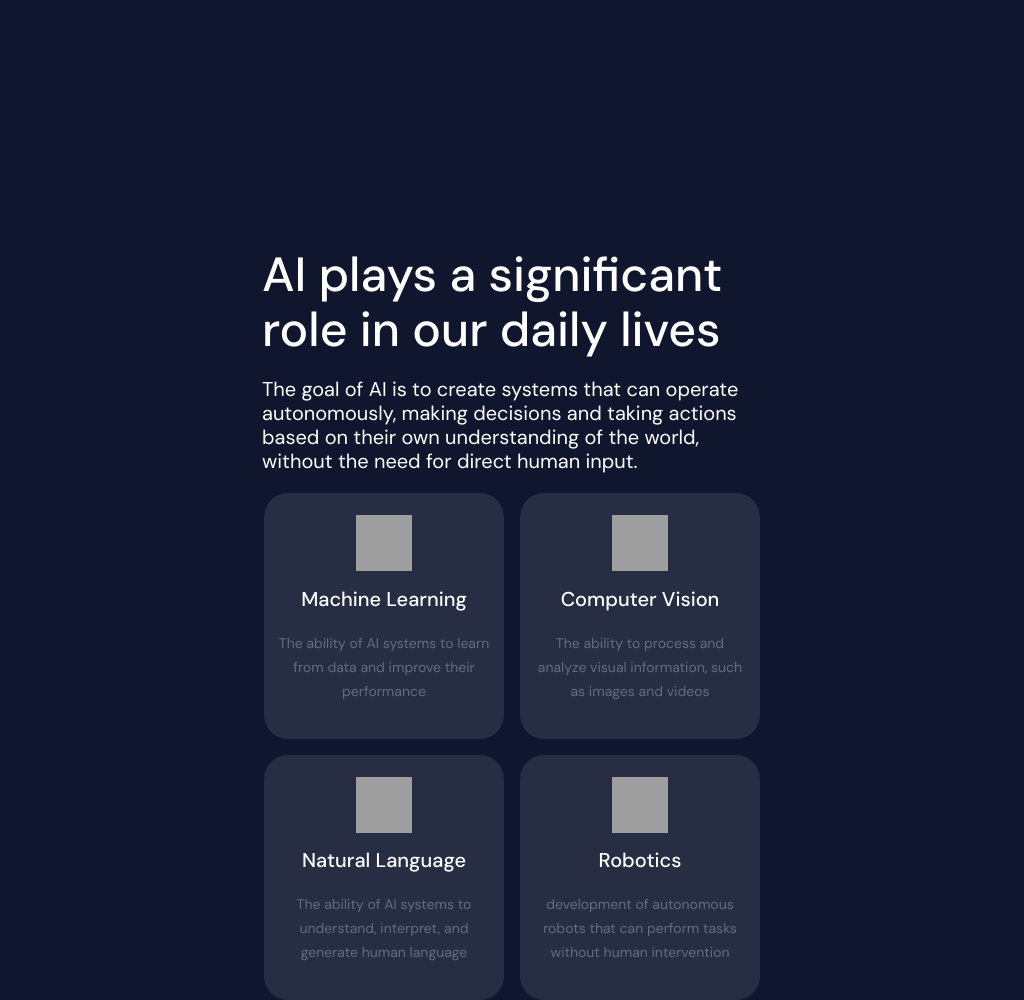
Repository: guli95/four-areas-of-AI-INVO-ACAdemy
Page: /
The author's editor kept a copy of each file at every save. The page is drawn from the files as they stood at one save, then again after the next save.
The browser window is 1024 px wide. The pictures show the whole page.
Pictures or frames that could not be fetched are drawn as grey boxes. The project was rebuilt for these pictures with package versions that can differ from the ones it lists, and the page was loaded fresh each time.

Above is the page before, as saved 2023-03-13 16:01:32.

After the next save:
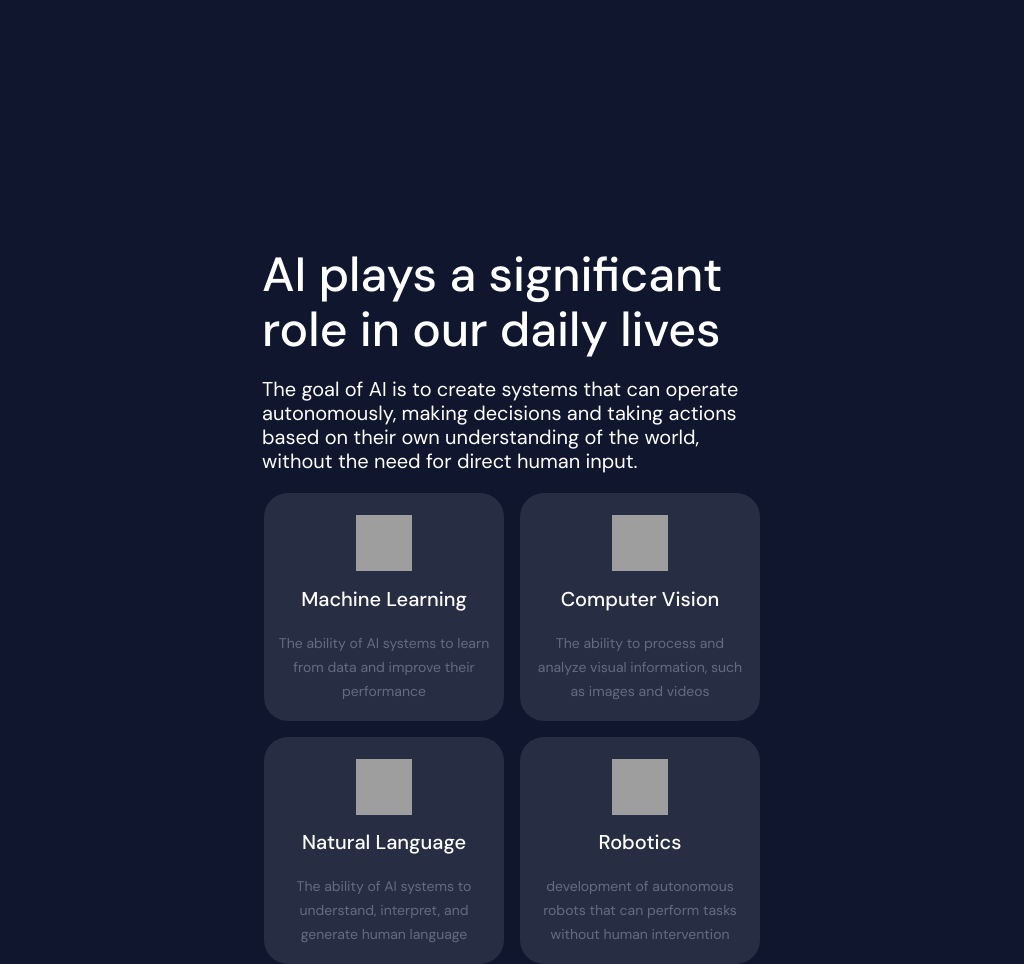
Saved 46 s later.
--- a/src/pages/home-page/styles/home-page.scss
+++ b/src/pages/home-page/styles/home-page.scss
@@ -89,6 +89,7 @@
             }
             @media screen and (max-width:1191px) {
                 max-width: 220px;
+                padding-bottom: 4px;
             }
             @media screen and (max-width:480px) {
                 width: 100%;
